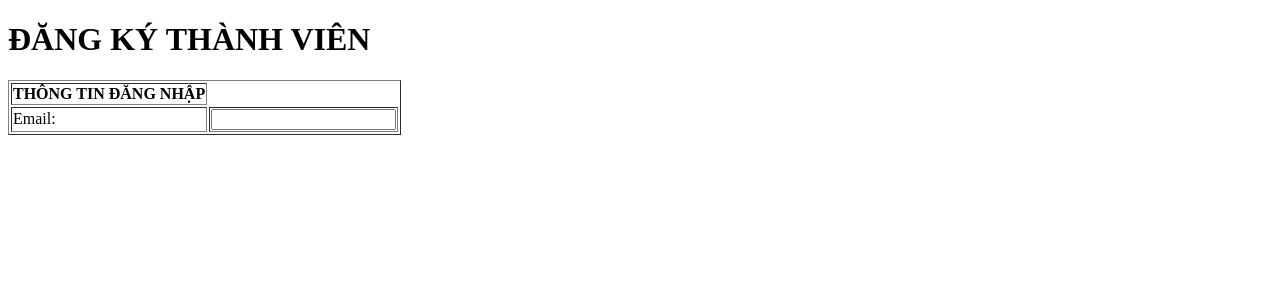
Repository: vnmk1/jsp_servlet-tutorials
Page: Bai2_HTML/src/main/webapp/register.html
An editor plug-in stored every save of this project. The page is shown before and after the next save, followed by the edit.
The browser window is 1280 px wide. The pictures show the whole page.

Above is the page before, as saved 2023-07-15 09:10:27.

### Bai2_HTML/src/main/webapp/register.html
<!DOCTYPE html>
<html>
<head>
<meta charset="UTF-8">
<title>Đăng ký</title>
</head>
<body>
<h1>ĐĂNG KÝ THÀNH VIÊN</h1>
<table border="1">
	<tbody>
		<tr>
			<td><b>THÔNG TIN ĐĂNG NHẬP</b></td>
		</tr>
		<tr>
			<td>Email:</td>
			<td><input type="email" name="email" id="idEmail"></td>
		</tr>
	</tbody>
</table>
</body>
</html>

After the next save:
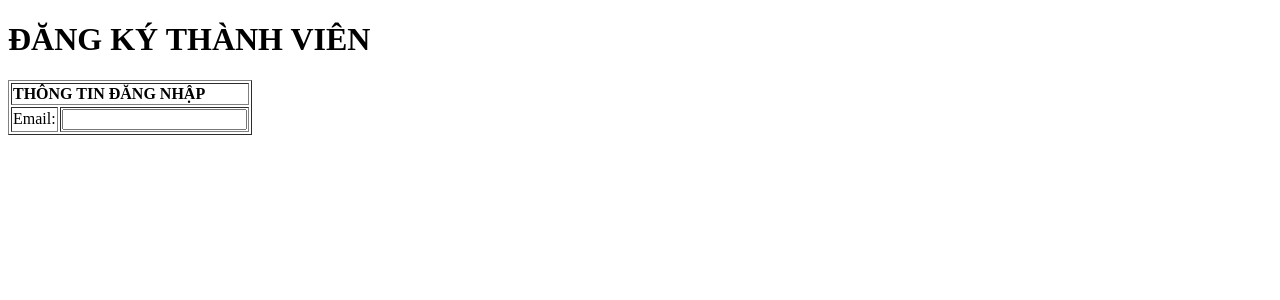
Saved 39 s later.
--- a/Bai2_HTML/src/main/webapp/register.html
+++ b/Bai2_HTML/src/main/webapp/register.html
@@ -9,7 +9,7 @@
 <table border="1">
 	<tbody>
 		<tr>
-			<td><b>THÔNG TIN ĐĂNG NHẬP</b></td>
+			<td colspan="2"><b>THÔNG TIN ĐĂNG NHẬP</b></td>
 		</tr>
 		<tr>
 			<td>Email:</td>
